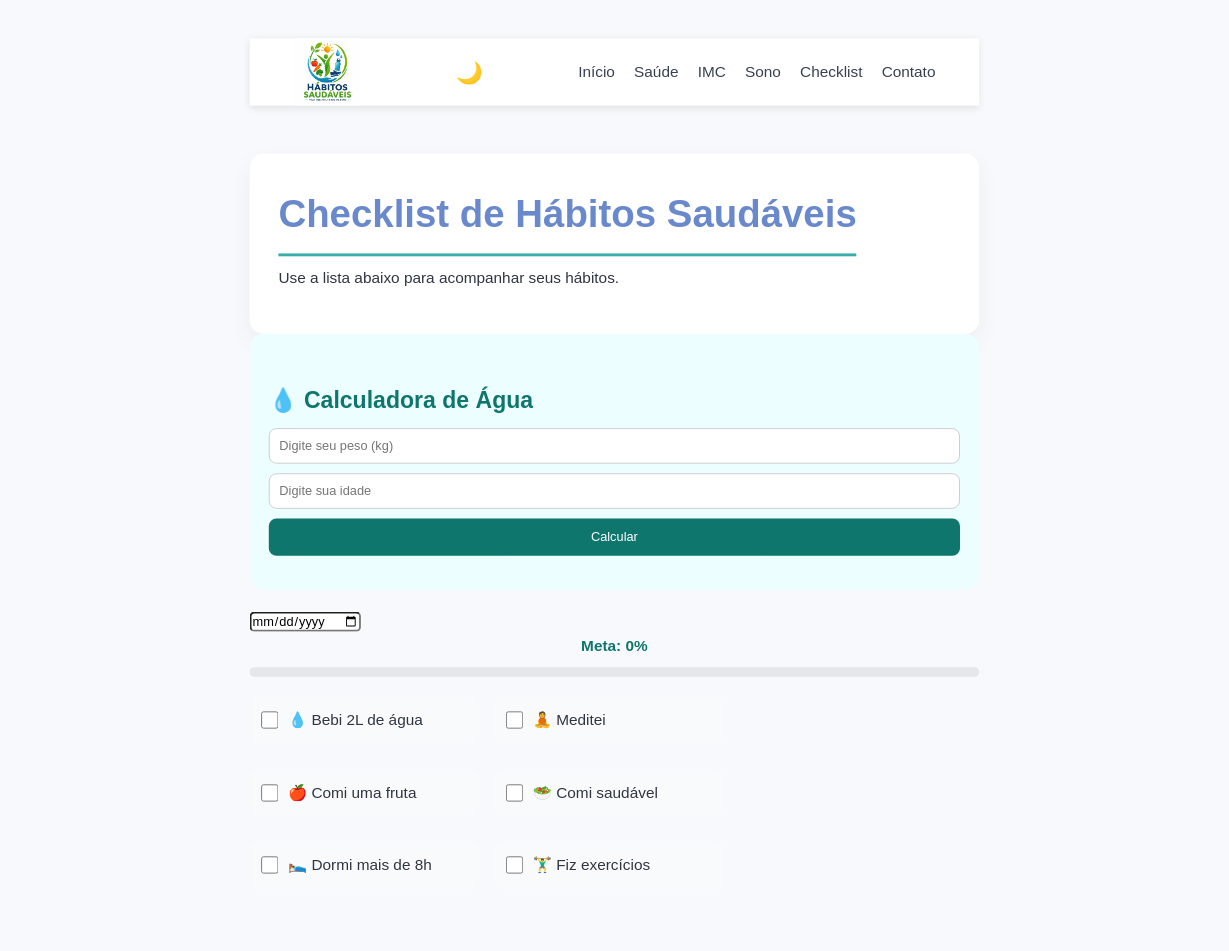
Repository: habitos2026/projetointegrador2026
Page: checklist.html
The author's editor kept a copy of each file at every save. The page is drawn from the files as they stood at one save, then again after the next save.
The browser window is 1280 px wide. The pictures show the whole page, at 96% of full size.

Above is the page before, as saved 2026-06-10 19:34:42.

After the next save:
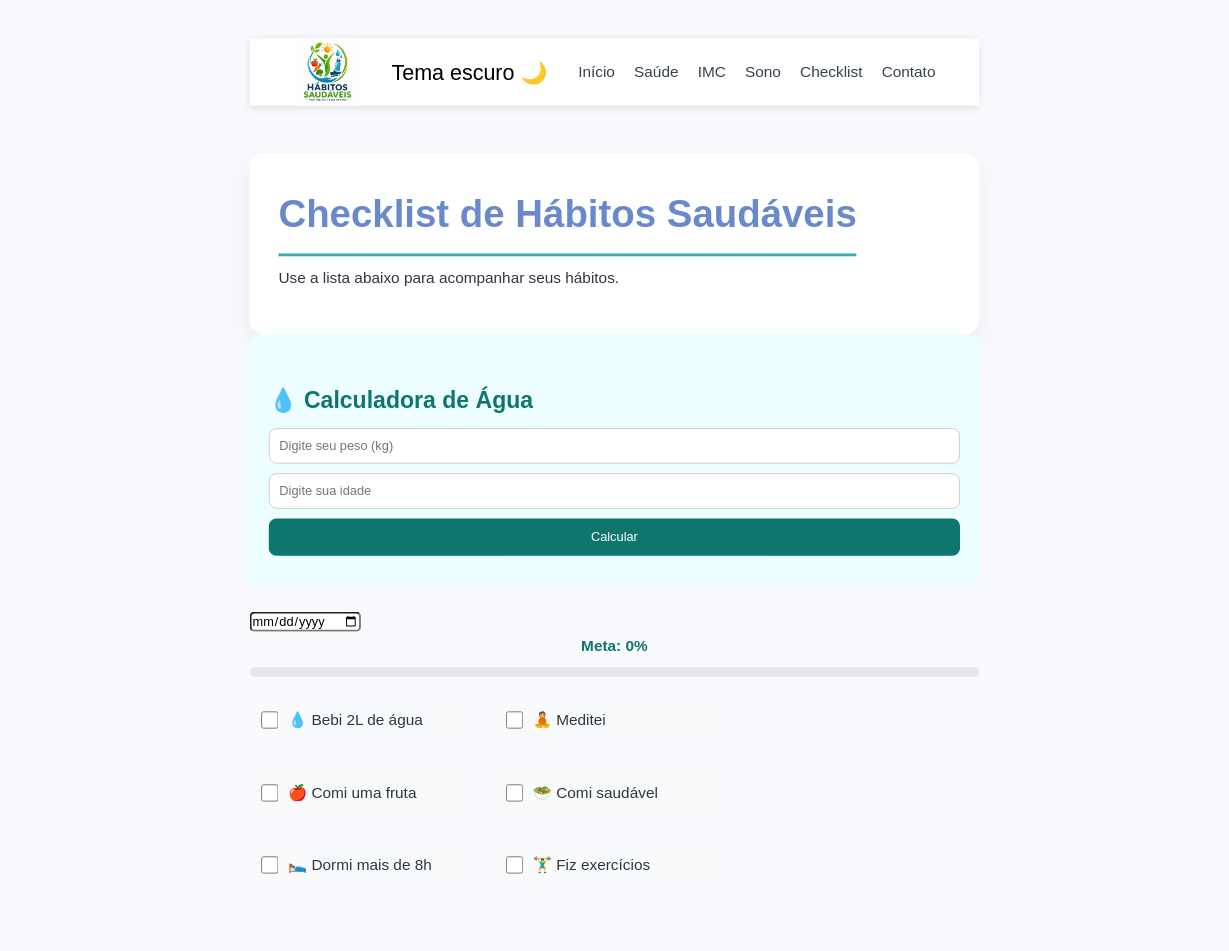
Saved 5 s later.
--- a/trabalho.js
+++ b/trabalho.js
@@ -12,7 +12,7 @@ fetch("menu.html")
 
     // Botão tema (agora o menu já está na página)
     const btnTema = document.getElementById("btnTema");
-    btnTema.textContent = document.body.classList.contains("dark") ? "Tema claro ☀️" : "🌙";
+    btnTema.textContent = document.body.classList.contains("dark") ? "Tema claro ☀️" : "Tema escuro 🌙";
 
     btnTema.addEventListener("click", () => {
         document.body.classList.toggle("dark");
